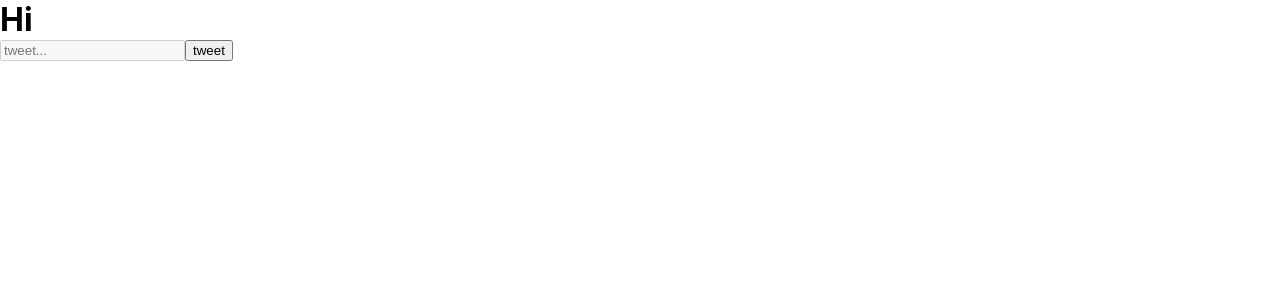
Repository: ehabmelhem/Demotweet-app
Page: /tweet
An editor plug-in stored every save of this project. The page is shown before and after the next save, followed by the edit.
The browser window is 1280 px wide. The pictures show the whole page.
The project was rebuilt for these pictures with package versions that can differ from the ones it lists, and the page was loaded fresh each time. Also part of the build but not shown: src/Login.css, src/Login.js, src/SignUp.css, src/SignUp.js.

Above is the page before, as saved 2021-01-24 02:37:24.

### src/App.js
import React from "react";
import Login from "./Login";
import { useState } from "react";
import SignUp from "./SignUp";
import { BrowserRouter as Router, Switch, Route, Link } from "react-router-dom";
import Tweetapp from "./Tweetapp";
function App() {
  const [users, setUsers] = useState([
    { username: "ehab", password: "123" },
    { username: "abc", password: "13" },
    { username: "abcd", password: "12" },
    { username: "efg", password: "1234" },
  ]);
  return (
    <Router>
      <div className="app">
        <Switch>
          {/* LogIn */}
          <Route path="/tweet">
            <Tweetapp />
          </Route>
          <Route path="/Login">
            <Login users={users} />
          </Route>

          {/* Sign Up */}
          <Route path="/signup">
            <SignUp users={users} setUsers={setUsers} />
          </Route>
          <Route path="/">
            <Link to="/login">
              <button>Login</button>
            </Link>
            <Link to="/signup">
              <button>sighnUp</button>
            </Link>
          </Route>
        </Switch>
      </div>
    </Router>
  );
}

export default App;

### src/Tweetapp.js
import React, { useState } from "react";
import { useLocation } from "react-router-dom";

const Tweetapp = (props) => {
  const location = useLocation();
  const name = location.state;
  const [data, setData] = useState([]); //[{user,"tweet"}]
  const [input, setInput] = useState("");
  return (
    <div className="tweets">
      <h1>Hi {name}</h1>
      <form className="tweet__input">
        <input placeholder="tweet..." disabled={!input} type="text" />
        <button type="submit">tweet</button>
      </form>
    </div>
  );
};

export default Tweetapp;

Loaded but not shown: public/index.html (common file); src/index.js (common file); src/index.css (common file); src/reportWebVitals.js (common file)

After the next save:
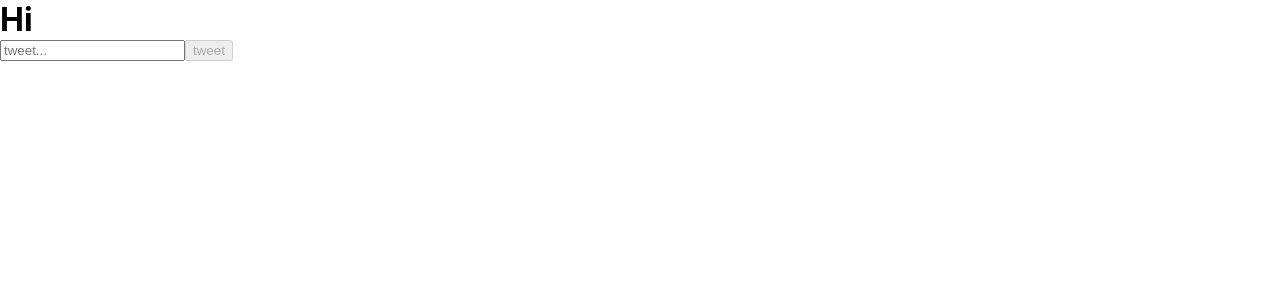
Saved 9 s later.
--- a/src/Tweetapp.js
+++ b/src/Tweetapp.js
@@ -10,8 +10,10 @@ const Tweetapp = (props) => {
     <div className="tweets">
       <h1>Hi {name}</h1>
       <form className="tweet__input">
-        <input placeholder="tweet..." disabled={!input} type="text" />
-        <button type="submit">tweet</button>
+        <input placeholder="tweet..." type="text" />
+        <button type="submit" disabled={!input}>
+          tweet
+        </button>
       </form>
     </div>
   );
